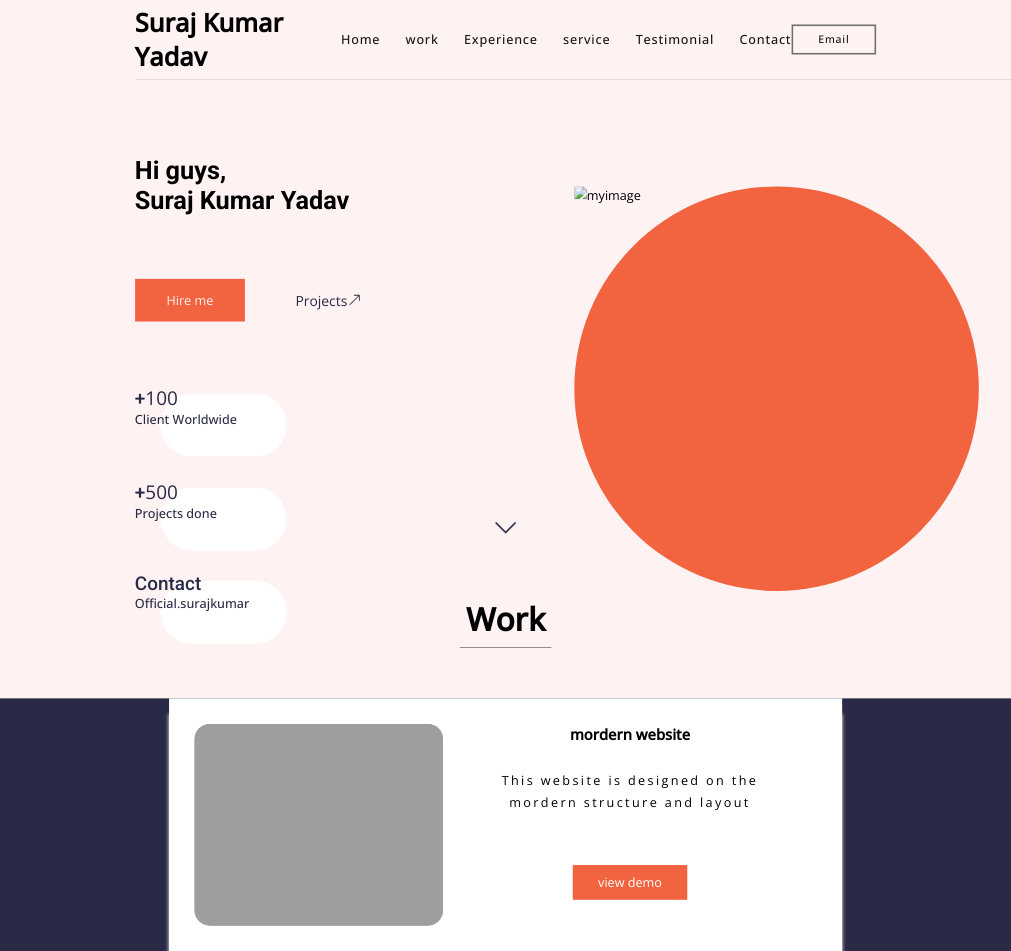
Repository: suraj-yadav7/portfolio-reactjs
Page: /
An editor plug-in stored every save of this project. The page is shown before and after the next save, followed by the edit.
The browser window is 1280 px wide. The pictures show the whole page, at 79% of full size.
Pictures or frames that could not be fetched are drawn as grey boxes. The project was rebuilt for these pictures with package versions that can differ from the ones it lists, and the page was loaded fresh each time.

Above is the page before, as saved 2023-04-05 23:26:37.

After the next save:
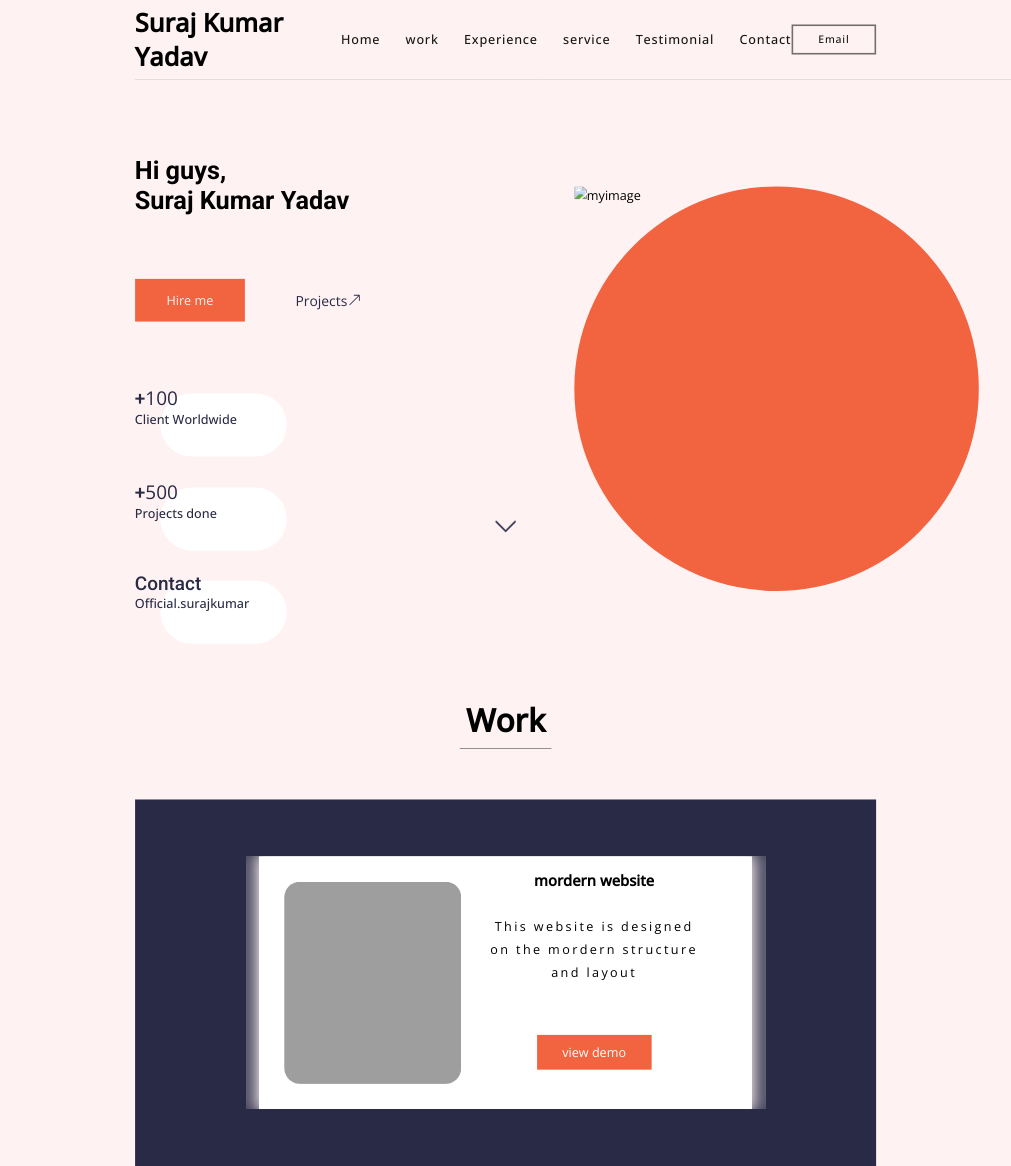
Saved 72 s later.
--- a/src/styles/work.scss
+++ b/src/styles/work.scss
@@ -1,3 +1,73 @@
+#work {
+    width: 100%;
+    height: 100vh;
+    padding: 8rem $p;
+    > h2 {
+      font: 700 2.5rem $text2;
+      width: fit-content;
+      border-bottom: 1px solid $color6_1;
+      padding: 0.5rem;
+      margin: auto;
+    }
+
+    > section {
+      margin-top: 4rem;
+      width: 100%;
+      height: 100%;
+      background-color: $color5;
+      display: flex;
+      align-items: center;
+      justify-content: center;
+
+      > article {
+        width: 70%;
+        height: 25vmax;
+      }
+
+      .workItem {
+        overflow-y: auto;
+        height: 25vmax;
+        width: 95%;
+        margin: auto;
+        background-color: $color4;
+        display: flex;
+        padding: 2rem;
+        box-shadow: 0 0 20px 5px $color1;
+
+        > img {
+          border-radius: 20px;
+          width: 40%;
+          object-fit: cover;
+        }
+
+        > aside {
+          width: 60%;
+          display: flex;
+          flex-direction: column;
+          justify-content: center;
+          align-items: center;
+
+          > p {
+            letter-spacing: 3px;
+            line-height: 180%;
+            margin: 2rem;
+          }
+          > a {
+            background-color: $color3;
+            padding: 0.7rem 2rem;
+            margin: 2rem;
+            color: $color4;
+            transition: all 0.5s;
+            &:hover {
+              background-color: $color3_1;
+            }
+          }
+        }
+      }
+    }
+  }
+
+/*
 #work {
     width: 100%;
     height: 10evh;
@@ -64,3 +134,4 @@
     }
 }
 }
+*/
